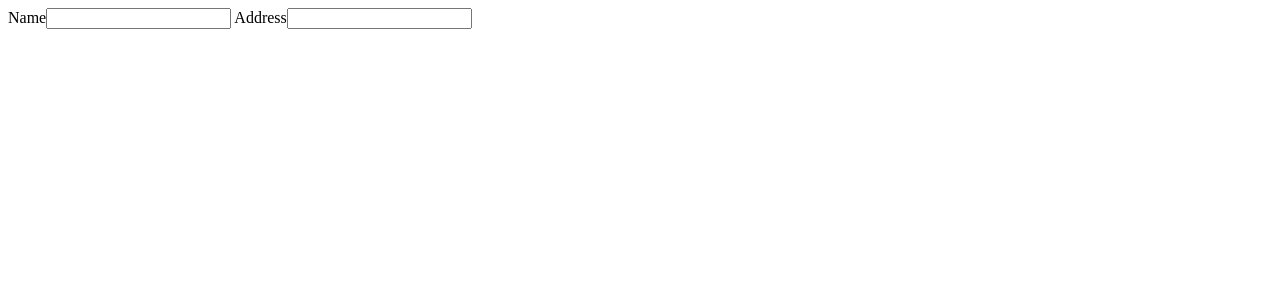
Repository: anubhav-aryan/go-webserver
Page: static/form.html
An editor plug-in stored every save of this project. The page is shown before and after a run of saves, followed by the edit.
The browser window is 1280 px wide. The pictures show the whole page.

Above is the page before, as saved 2023-10-16 14:44:32.

### static/form.html
<!DOCTYPE html>
<html>
  <head>
    <meta charset="utf-8" />
  </head>
  <body>
    <div>
      <form method="POST" action="/form">
        <label>Name</label><input name="name" type="text" value="" />
        <label>Address</label><input name="address" type="text" value="" />
      </form>
    </div>
  </body>
</html>

After the next 3 saves:
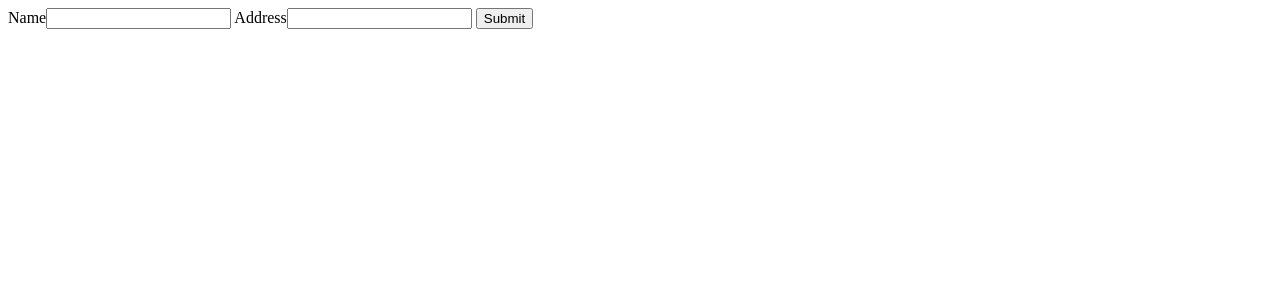
The 3 saves are shown as one change because they came seconds apart.
The last was saved 14 s later.
--- a/static/form.html
+++ b/static/form.html
@@ -8,6 +8,8 @@
       <form method="POST" action="/form">
         <label>Name</label><input name="name" type="text" value="" />
         <label>Address</label><input name="address" type="text" value="" />
+
+        <input type="submit" value="Submit" />
       </form>
     </div>
   </body>
